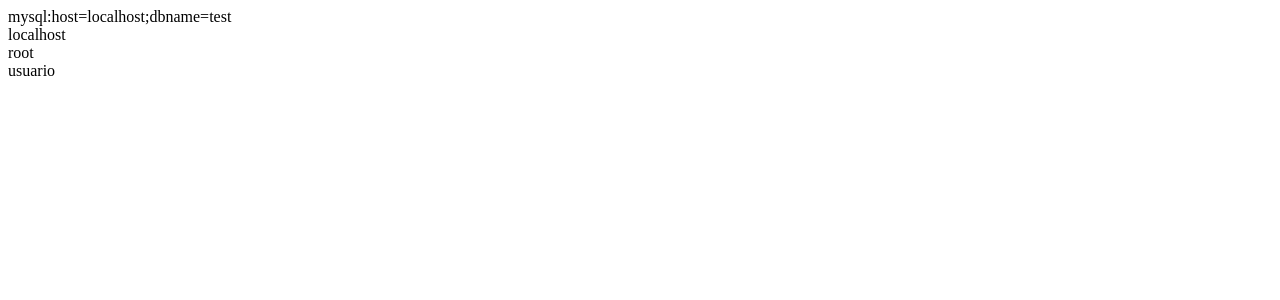
Repository: ebaglio/trabajophp
Page: http://localhost/usardb.php
These files come from the project's save history. The page is drawn as it stood at one moment and after the next save; the edit follows.
The browser window is 1280 px wide. The pictures show the whole page.
The page is run by PHP 8.4 with error messages shown; the project is at /var/www/html/. Queries for data that is not in the repository find no rows.

Above is the page before, as saved 2012-05-08 12:35:50.

After the next save:
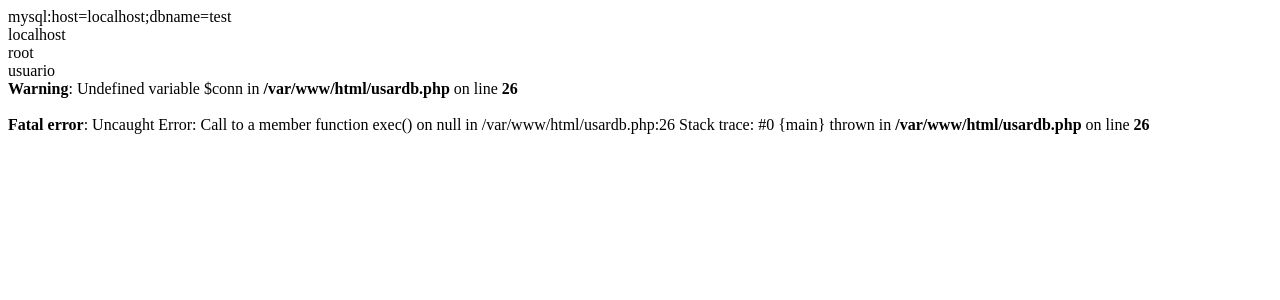
Saved 112 s later.
--- a/curso5/usardb.php
+++ b/curso5/usardb.php
@@ -21,4 +21,9 @@
                 echo $row['version'] . "      :  ";
                 echo $row['date'] . "<br>";
 }
+
+$sql = "UPDATE releases set date =now() WHERE id > 2";
+$affectedRows = $conn->exec($sql);
+echo "Registros modificados: $affectedRows";
+
 ?>

After the save that followed:
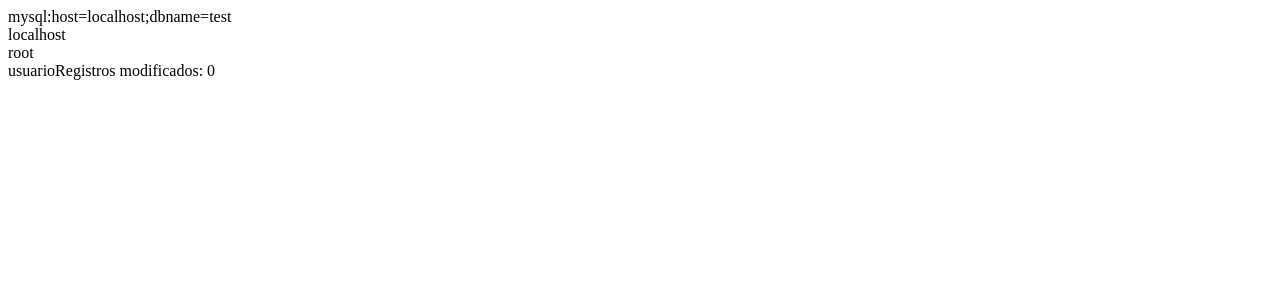
Saved 108 s later.
--- a/curso5/usardb.php
+++ b/curso5/usardb.php
@@ -23,7 +23,7 @@
 }
 
 $sql = "UPDATE releases set date =now() WHERE id > 2";
-$affectedRows = $conn->exec($sql);
+$affectedRows = $dbh->exec($sql);
 echo "Registros modificados: $affectedRows";
 
 ?>
